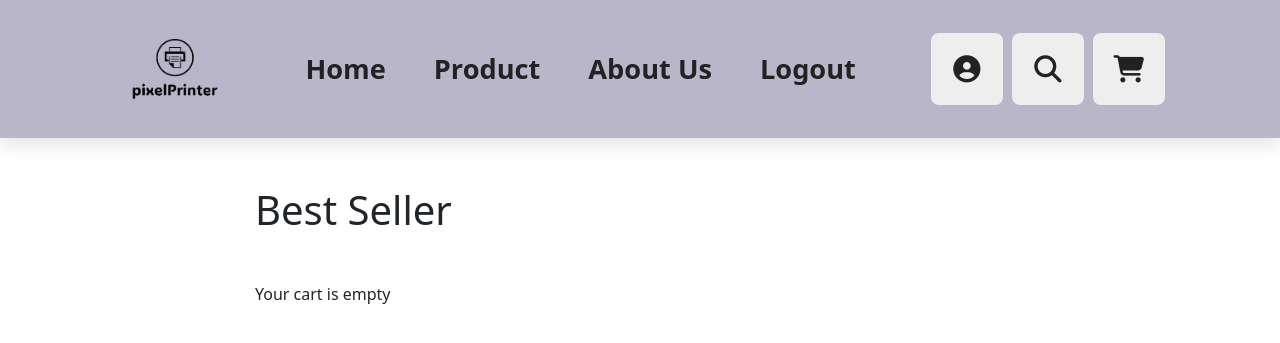
Repository: happy-kitty0821/PixlePrinters
Page: http://localhost/PixlePrint/DisplayCart
An editor plug-in stored every save of this project. The page is shown before and after the next save, followed by the edit.
The browser window is 1280 px wide. The pictures show the whole page.
Some web libraries are served in a nearby version. The page is served by Tomcat 9. The session is filled in as if someone had signed in: {"username": "testuser", "userId": 1, "accountType": "admin"}. Queries for data that is not in the repository find no rows.

Above is the page before, as saved 2024-05-08 11:02:52.

After the next save:
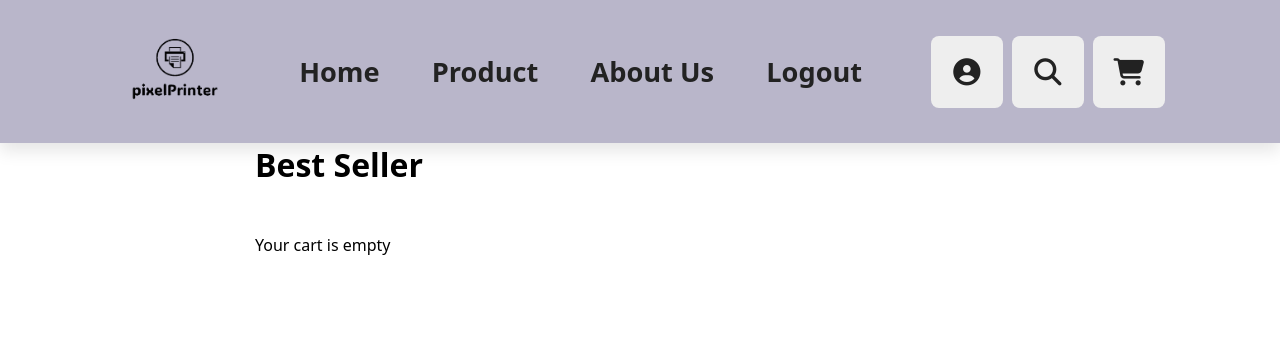
Saved 99 s later.
--- a/PixlePrint/src/main/webapp/pages/Cart.jsp
+++ b/PixlePrint/src/main/webapp/pages/Cart.jsp
@@ -6,7 +6,6 @@
 <head>
     <meta charset="UTF-8">
     <title>Add To Cart</title>
-    <link rel="stylesheet" href="https://cdn.jsdelivr.net/npm/bootstrap@5.4.0/dist/css/bootstrap.min.css">
     <link rel="stylesheet" href="${pageContext.request.contextPath}/css/Cart.css">
     <script src="https://kit.fontawesome.com/11d376cef2.js" crossorigin="anonymous"></script>
 </head>
@@ -19,18 +18,14 @@
             if (userCartDetails != null && !userCartDetails.isEmpty()) {
                 for (UserCartModel cartItem : userCartDetails) {
             %>
-            <div class="card mb-3" style="max-width: 540px;">
-                <div class="row g-0">
-                    <div class="col-md-4">
-                        <img src="${pageContext.request.contextPath}/Uploads/ProductImages/<%= cartItem.getProductImage() %>" alt="<%= cartItem.getProductName() %>" class="img-fluid rounded-start">
-                    </div>
-                    <div class="col-md-8">
-                        <div class="card-body">
-                            <h5 class="card-title"><%= cartItem.getProductName() %></h5>
-                            <p class="card-text">Quantity: <%= cartItem.getQuantity() %></p>
-                            <p class="card-text">Price: <%= cartItem.getPrice() %></p>
-                        </div>
-                    </div>
+            <div class="product-card">
+                <div class="product-image">
+                    <img src="${pageContext.request.contextPath}/Uploads/ProductImages/<%= cartItem.getProductImage() %>" alt="<%= cartItem.getProductName() %>">
+                </div>
+                <div class="product-details">
+                    <h2><%= cartItem.getProductName() %></h2>
+                    <p>Quantity: <%= cartItem.getQuantity() %></p>
+                    <p>Price: <%= cartItem.getPrice() %></p>
                 </div>
             </div>
             <%
@@ -43,6 +38,5 @@
             %>
         </div>
     </div>
-    <script src="https://cdn.jsdelivr.net/npm/bootstrap@5.4.0/dist/js/bootstrap.bundle.min.js"></script>
 </body>
 </html>
